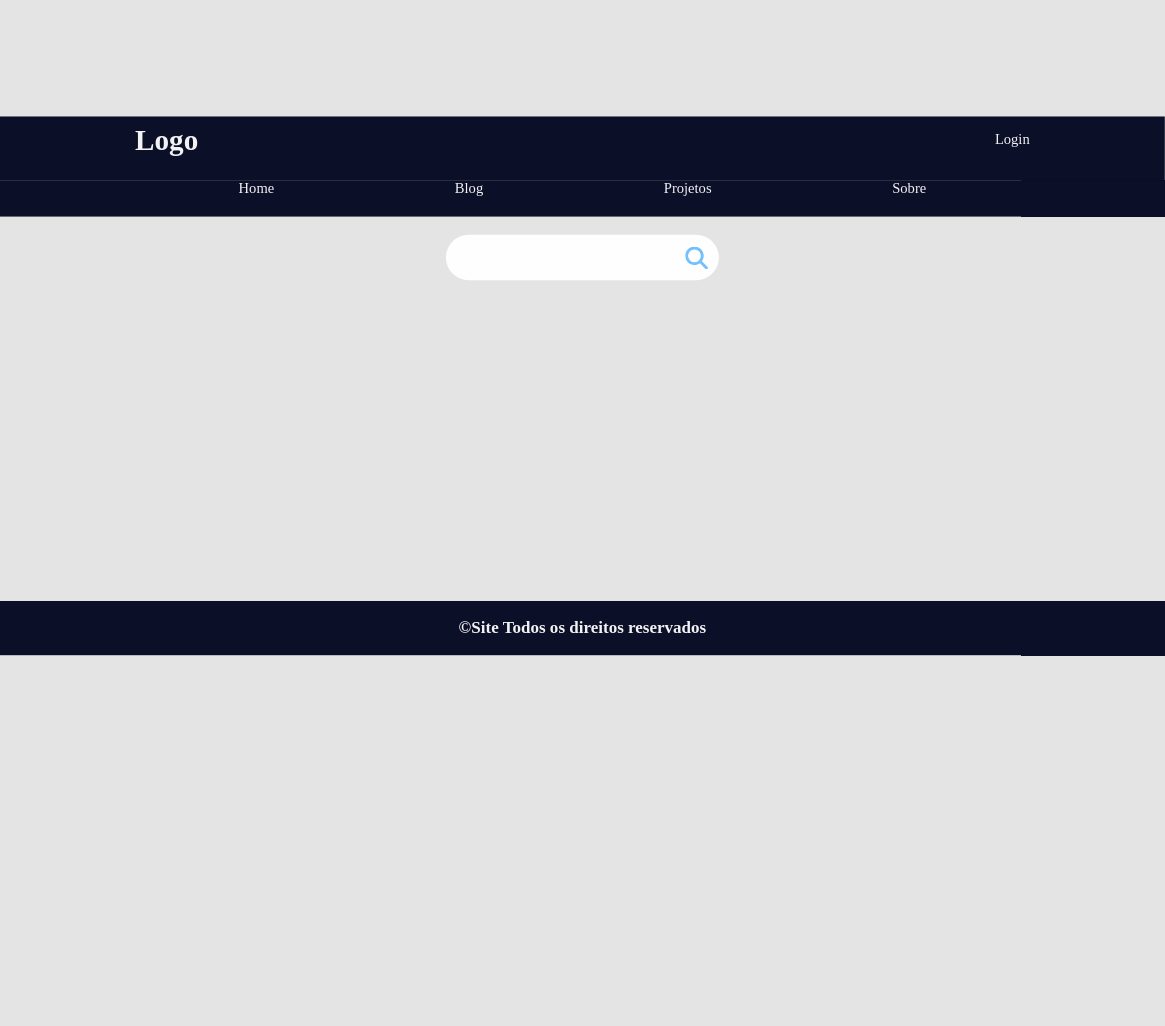
Repository: SauloMorais01/mysitefront-end
Page: src/pages/blog.html
These files come from the project's save history. The page is drawn as it stood at one moment and after the next save; the edit follows.
The browser window is 1280 px wide. The pictures show the whole page, at 91% of full size.
The pointer rests on the first visible `.search-box`.
Some web libraries are served in a nearby version.

Above is the page before, as saved 2024-11-03 13:28:25.

After the next save:
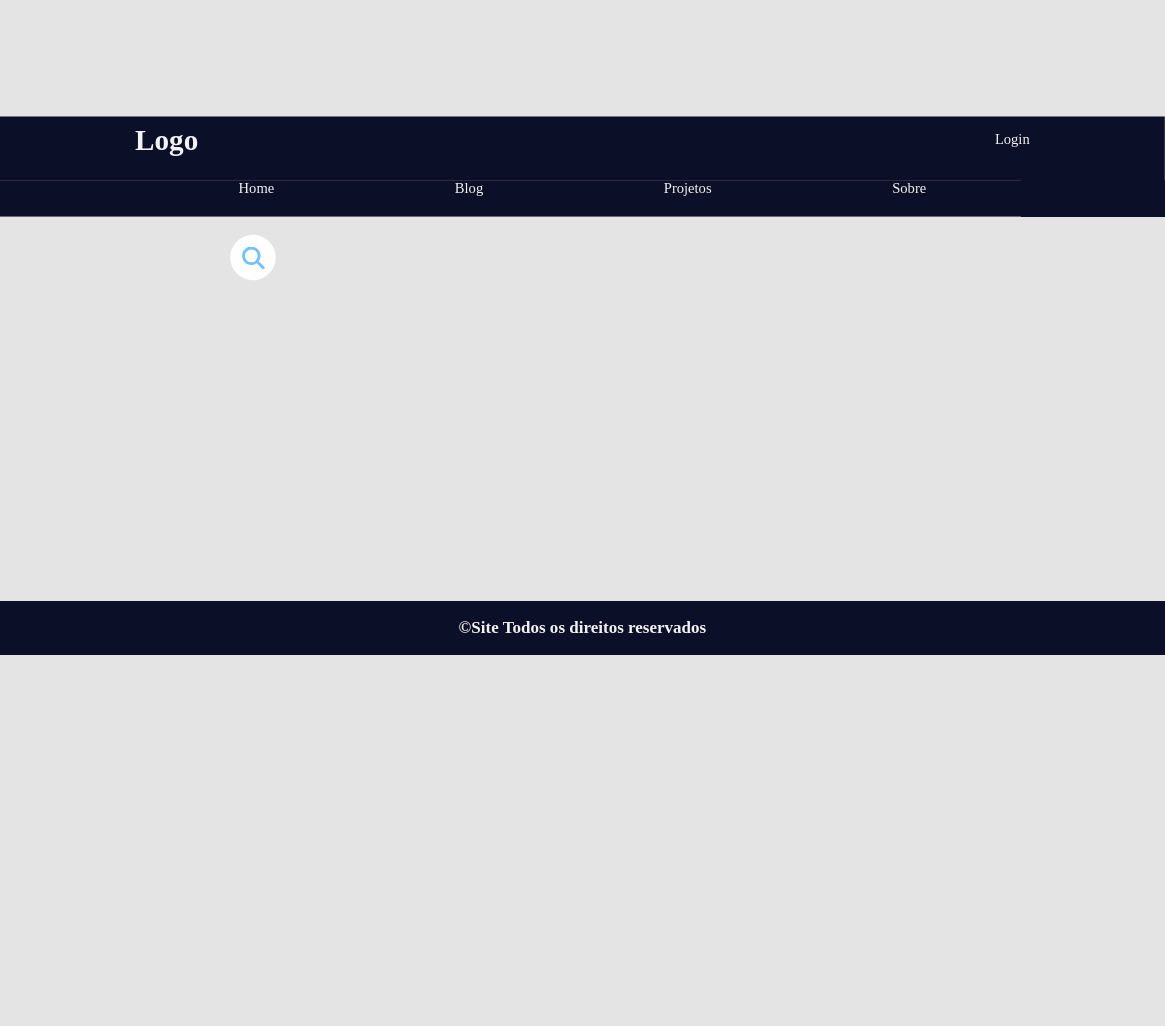
Saved 2 min 45 s later.
--- a/src/css/style.css
+++ b/src/css/style.css
@@ -203,7 +203,7 @@ footer h3 {
     display: none;
 }
 
-.search-box:hover {
+.search-item:hover {
     width: 300px;
     cursor: pointer;
 }
